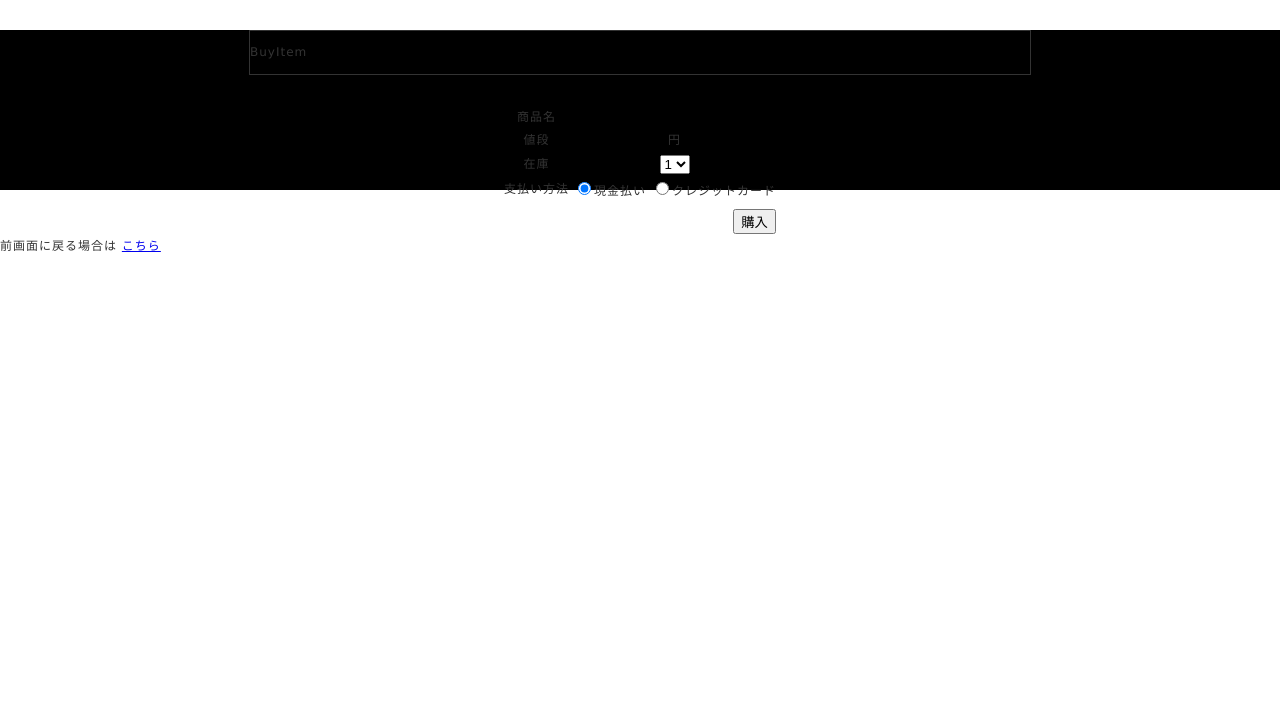
Repository: ishioka-1129/test
Page: http://localhost/template/buyItem.jsp
These files come from the project's save history. The page is drawn as it stood at one moment and after the next save; the edit follows.
The browser window is 1280 px wide. The pictures show the whole page.
The page is served by Tomcat 9. Other server files are loaded and not shown.

Above is the page before, as saved 2018-06-15 01:11:18.

### template/WebContent/buyItem.jsp
<%@ page language="java" contentType="text/html; charset=UTF-8"
    pageEncoding="UTF-8"%>
<%@ taglib prefix="s" uri="/struts-tags" %>
<!DOCTYPE html>
<html>
<head>
  <meta http-equiv="Content-Type" content="text/html; charset=UTF-8" />
  <meta http-equiv="Content-Style-Type" content="text/css" />
  <meta http-equiv="Content-Script-Type" content="text/javascript" />
  <meta http-equiv="imagetoolbar" content="no" />
  <meta name="description" content="" />
  <meta name="keywords" content="" />

  <title>buyItem画面</title>

  <style type="text/css">
  body {
  margin:0;
  padding:0;
  line-height:1.6;
  letter-spacing:1px;
  font-family:Verdana, Helvetica, sans-serif;
  font-size:12px;
  color:#333;
  background:#fff;
  }

  table {
  text-align:center;
  margin:0 auto;
  }

  #top {
  width:780px;
  margin:30px auto;
  border:1px solid #333;
  }

  #header {
  width:100%;
  height:80px;
  background-color:black;
  }

  #main {
  width:100%;
  height:500px;
  text-align:center;
  }

  #footer {
  width:100%;
  height:80px;
  background-color:black;
  clear:both;
  }

  </style>

</head>
<body>
  <div id="header">
    <div id="top">
      <p>BuyItem</p>
    </div>
    <div>
    <s:form action="BuyItemAction">
      <table>
        <tr>
          <td>
            <span>商品名</span>
          </td>
          <td>
            <s:property value="session.buyItem_name" />
          </td>
        </tr>
        <tr>
          <td>
            <span>値段</span>
          </td>
          <td>
            <s:property value="session.buyItem_price" />
              <span>円</span>
          </td>
        </tr>
        <tr>
          <td>
            <span>在庫</span>
          </td>
          <td>
            <select name="stock">
              <option value="1" selected="selected">1</option>
                <option value="2">2</option>
                <option value="3">3</option>
                <option value="4">4</option>
                <option value="5">5</option>
            </select>
          </td>
        </tr>
        <tr>
          <td>
            <span>支払い方法</span>
          </td>
          <td>
            <input type="radio" name="pay" value="1" checked="checked">現金払い
            <input type="radio" name="pay" value="2">クレジットカード
          </td>
        </tr>
        <tr>
          <td>
            <s:submit value="購入" />
          </td>
        </tr>
      </table>
    </s:form>
      <div>
        <span>前画面に戻る場合は</span>
        <a href='<s:url action="HomeAction" />'>こちら</a>
      </div>
    </div>
  </div>
  <div id="footer">
    <div id="pr">
    </div>
  </div>

</body>
</html>

After the next save:
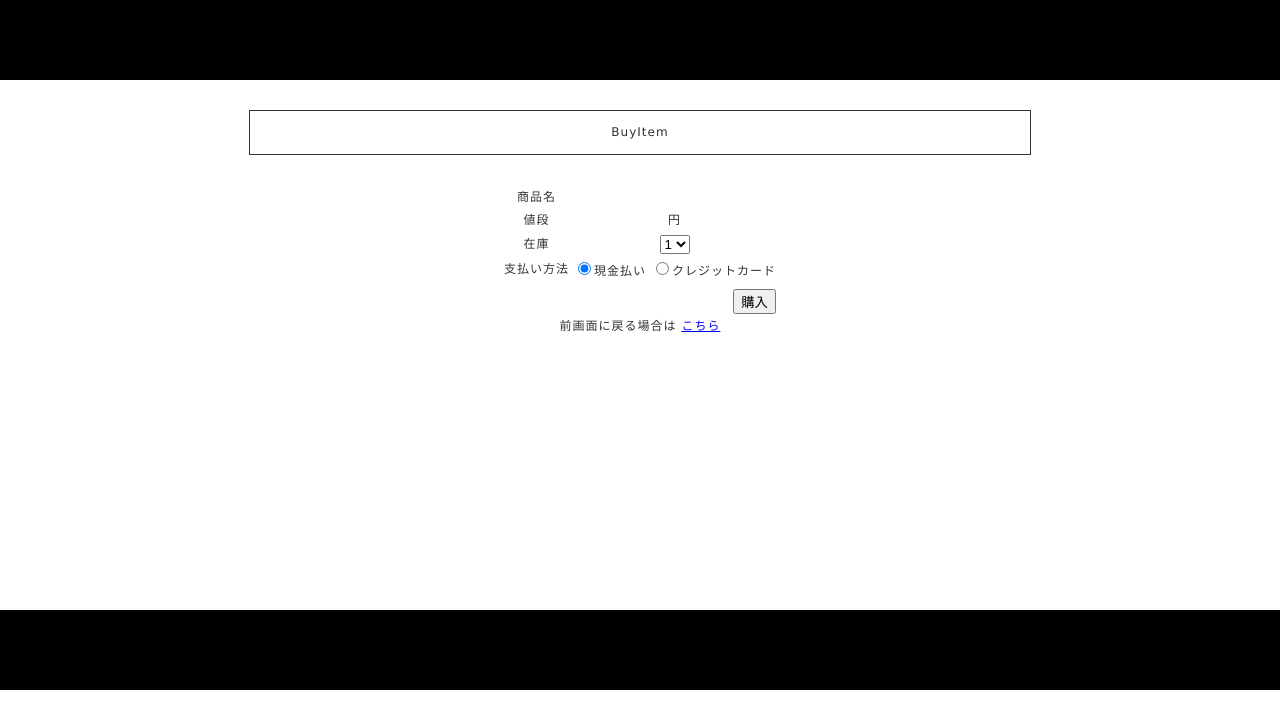
Saved 5 min 20 s later.
--- a/template/WebContent/buyItem.jsp
+++ b/template/WebContent/buyItem.jsp
@@ -60,6 +60,10 @@
 </head>
 <body>
   <div id="header">
+    <div id="pr">
+    </div>
+  </div>
+  <div id="main">
     <div id="top">
       <p>BuyItem</p>
     </div>
